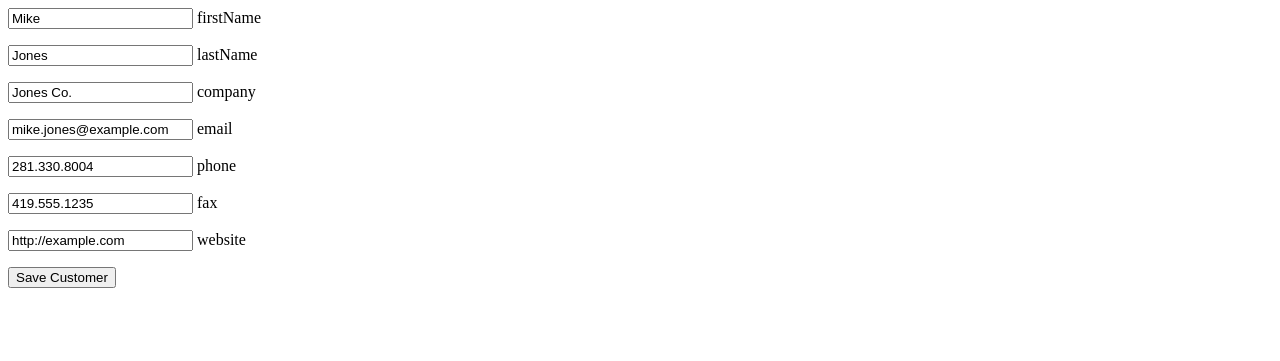
Repository: magarvin/BT_Git
Page: http://localhost/btTest/market/mkt.sub_merch_update_form.php
The author's editor kept a record of every edit. The page is drawn from the files as they stood at one moment, then again after the next edit.
The browser window is 1280 px wide. The pictures show the whole page.
The page is run by PHP 8.4 with error messages shown; the project is at /var/www/html/.

Above is the page before.

After the next edit:
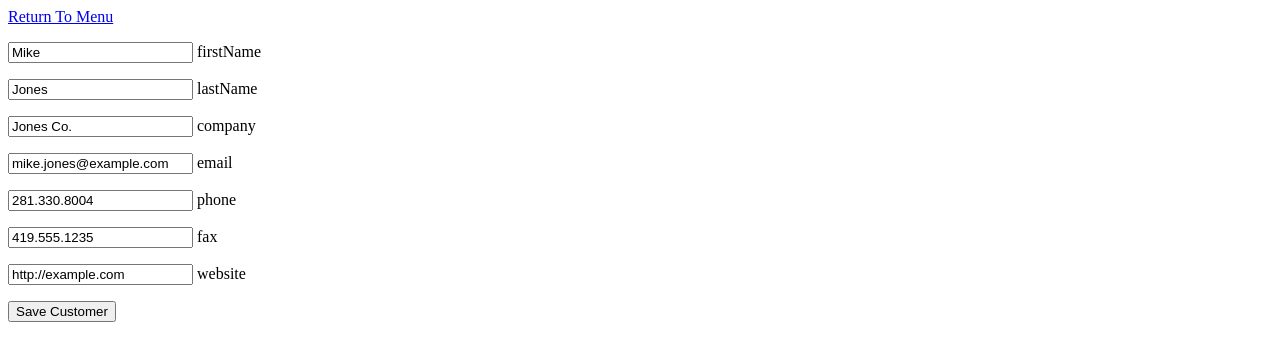
The edit:
--- a/workspace/btTest/market/mkt.sub_merch_update_form.php
+++ b/workspace/btTest/market/mkt.sub_merch_update_form.php
@@ -1,6 +1,9 @@
 <html>
 
 <?php
+
+echo "<a href=\"https://mybt-magarvin.c9.io/btTest/index.php\">Return To Menu</a>";
+echo "</p>";
 
 ?>
 
